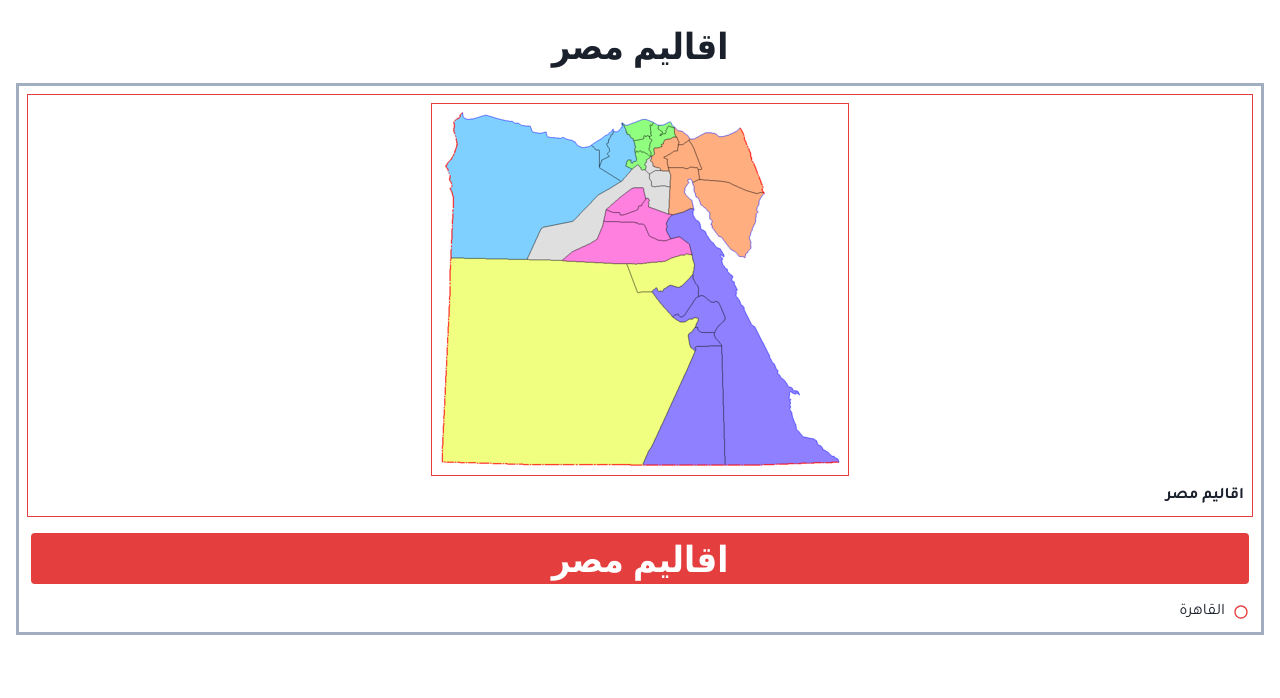
Repository: ahmed-mohamed-eng/egypt-gov-map
Page: /
The author's editor kept a copy of each file at every save. The page is drawn from the files as they stood at one save, then again after the next save.
The browser window is 1280 px wide. The pictures show the whole page.
Some web fonts or font styles are not loaded; a fallback is used. The project was rebuilt for these pictures with package versions that can differ from the ones it lists, and the page was loaded fresh each time. The framework's server and built-in components were replaced by stand-ins that run in the browser. Also part of the build but not shown: next.config.js.

Above is the page before, as saved 2022-05-28 17:02:22.

### pages/_app.tsx
import "../styles/globals.css";

import type { AppProps } from "next/app";

import { ChakraProvider, extendTheme } from "@chakra-ui/react";

const theme = extendTheme({
  fonts: {
    heading: `"Aref Ruqaa" ,'Segoe UI', Tahoma, Geneva, Verdana, sans-serif`,
  }
});

function MyApp({ Component, pageProps }: AppProps) {
  return (
    <ChakraProvider theme={theme}>
      <Component {...pageProps} />
    </ChakraProvider>
  );
}

export default MyApp;

### pages/_document.tsx
import Document, {
  Html,
  Head,
  Main,
  NextScript,
  DocumentContext,
} from "next/document";

class MyDocument extends Document {
  static async getInitialProps(ctx: DocumentContext) {
    const initialProps = await Document.getInitialProps(ctx);
    return { ...initialProps };
  }

  render() {
    return (
      <Html dir="rtl" lang="ar">
        <Head />
        <body>
          <Main />
          <NextScript />
        </body>
      </Html>
    );
  }
}

export default MyDocument;

### pages/index.tsx
import type { NextPage } from "next";

// Custom Components
import Header from "../components/Header";
import PageContainer from "../components/PageContainer";
import MainContentArea from "../components/MainContentArea";

const Home: NextPage = () => {
  return (
    <PageContainer>
      <Header headerTitle="اقاليم مصر" />
      <MainContentArea />
    </PageContainer>
  );
};

export default Home;

### styles/globals.css
@import url("https://fonts.googleapis.com/css2?family=Amiri:ital,wght@0,700;1,400;1,700&family=Aref+Ruqaa:wght@400;700&family=Tajawal:wght@300;400;500;700;800;900&display=swap");

@tailwind base;
@tailwind components;
@tailwind utilities;

html,
body {
  padding: 0;
  margin: 0;
  font-family: -apple-system, BlinkMacSystemFont, Segoe UI, Roboto, Oxygen,
    Ubuntu, Cantarell, Fira Sans, Droid Sans, Helvetica Neue, sans-serif;
}

a {
  color: inherit;
  text-decoration: none;
}

* {
  box-sizing: border-box;
  font-family: "Tajawal", "Aref Ruqaa", "Segoe UI", Tahoma, Geneva, Verdana,
    sans-serif;
}

### components/Header/index.tsx
export { Header as default } from "./Header";

### components/PageContainer/index.tsx
export { PageContainer as default } from "./PageContainer";

### components/MainContentArea/index.tsx
export { MainContentArea as default } from "./MainContentArea";

### components/Header/Header.tsx
import { Flex, Heading } from "@chakra-ui/react";

export interface HeaderProps {
  headerTitle: string;
}

export const Header = (props: HeaderProps) => {
  return (
    <Flex
      as="header"
      justifyContent="center"
      alignItems="center"
      fontSize="1.5rem"
      fontFamily="arabic"
    >
      <Heading as="h1">{props.headerTitle}</Heading>
    </Flex>
  );
};

### components/PageContainer/PageContainer.tsx
import { VStack } from "@chakra-ui/react"

export const PageContainer = (props: any) => {
  return (
    <VStack py="1.5rem" px="1rem" spacing="1rem">
        {props.children}
    </VStack>
  )
}

### components/MainContentArea/MainContentArea.tsx
import { VStack } from "@chakra-ui/react";

// Custom Components.
import MapArea from "./MapArea";
import QuickNavigationArea from "./QuickNavigationArea";

export const MainContentArea = () => {
  return (
    <VStack
      as="main"
      w="full"
      p="0.5rem"
      spacing="1rem"
      borderWidth="medium"
      borderColor="gray.400"
    >
      <MapArea />
      <QuickNavigationArea />
    </VStack>
  );
};

### components/MainContentArea/MapArea/index.tsx
export { MapArea as default } from "./MapArea";

### components/MainContentArea/QuickNavigationArea/index.tsx
export { QuickNavigationArea as default } from "./QuickNavigationArea";

### components/MainContentArea/MapArea/MapArea.tsx
import { VStack } from "@chakra-ui/react";

// Custom Components.
import MapImage from "./MapImage";
import MapInfoDisplayedLinks from "./MapInfoDisplayedLinks";

export const MapArea = () => {
  return (
    <VStack
      borderWidth="thin"
      borderColor="red.500"
      p="0.5rem"
      w="full"
      spacing="0.5rem"
    >
      <MapImage />
      <MapInfoDisplayedLinks
        breadcrumbItems={[
          {
            text: "اقاليم مصر",
            url: "#",
          },
        ]}
      />
    </VStack>
  );
};

### components/MainContentArea/QuickNavigationArea/QuickNavigationArea.tsx
import { VStack, Heading } from "@chakra-ui/react";
import CitiesList from "./CitiesList";

export const QuickNavigationArea = () => {
  return (
    <VStack w="full" spacing="1rem" px="0.25rem">
      <Heading
        w="full"
        h="fit-content"
        borderRadius="0.25rem"
        color="white"
        bg="red.500"
        p="0.25rem"
        textAlign="center"
      >
        اقاليم مصر
      </Heading>
      <CitiesList
        list={[
          {
            headerTitle: "القاهرة",
            childItems: [
              {
                name: "القاهرة",
                url: "https://www.google.com/",
              },
            ],
          },
        ]}
      />
    </VStack>
  );
};

### components/MainContentArea/MapArea/MapImage/index.tsx
export { MapImage as default } from "./MapImage";

### components/MainContentArea/MapArea/MapInfoDisplayedLinks/index.tsx
export { MapInfoDisplayedLinks as default } from "./MapInfoDisplayedLinks";

### components/MainContentArea/QuickNavigationArea/CitiesList/index.tsx
export { CitiesList as default } from "./CitiesList";

### components/MainContentArea/MapArea/MapImage/MapImage.tsx
import React from "react";

import { Flex, Image } from "@chakra-ui/react";

// Images Sources.
import mapImage from "../../../../images/Egypt_Provinces.webp";

export const MapImage = () => {
  return (
    <Flex borderWidth="thin" borderColor="red.500" p="0.5rem">
      <Image mixBlendMode="multiply" src={mapImage.src} alt="Egypt Province Map" />
    </Flex>
  );
};

### components/MainContentArea/MapArea/MapInfoDisplayedLinks/MapInfoDisplayedLinks.tsx
import { v4 as uuidV4 } from "uuid";

import { Breadcrumb, BreadcrumbItem, BreadcrumbLink } from "@chakra-ui/react";

export type BreadcrumbElement = {
  url: string;
  text: string;
};

export interface MapInfoDisplayedLinksProps {
  breadcrumbItems: Array<BreadcrumbElement>;
}

export const MapInfoDisplayedLinks = (props: MapInfoDisplayedLinksProps) => {
  const breadcrumbItems = props.breadcrumbItems.map((item) => {
    return (
      <BreadcrumbItem key={uuidV4()}>
        <BreadcrumbLink fontWeight="600" href={item.url}>
          {item.text}
        </BreadcrumbLink>
      </BreadcrumbItem>
    );
  });

  return <Breadcrumb w="full">{breadcrumbItems}</Breadcrumb>;
};

### components/MainContentArea/QuickNavigationArea/CitiesList/CitiesList.tsx
import { v4 as uuidV4 } from "uuid";

import { List, ListItem, ListIcon } from "@chakra-ui/react";

import { BiCircle } from "react-icons/bi";

export type childItem = {
  name: string;
  url: string;
};

export type parentItem = {
  headerTitle: string;
  childItems: Array<childItem>;
};

export interface CitiesListProps {
  list: Array<parentItem>;
}

export const CitiesList = (props: CitiesListProps) => {
  const items = props.list.map((item) => {
    return (
      <List key={uuidV4()}>
        <ListItem>
          <ListIcon as={BiCircle} color="red.500" />
          {item.headerTitle}
          {/* {item.childItems.map((childItem) => {
            return (
              <List key={uuidV4()}>
                <ListIcon as={BiCircle} />
                <ListItem as="a" href={childItem.url}>
                  {childItem.name}
                </ListItem>
              </List>
            );
          })} */}
        </ListItem>
      </List>
    );
  });
  return <List w="full">{items}</List>;
};

Loaded but not shown: tailwind.config.js (common file)

After the next save:
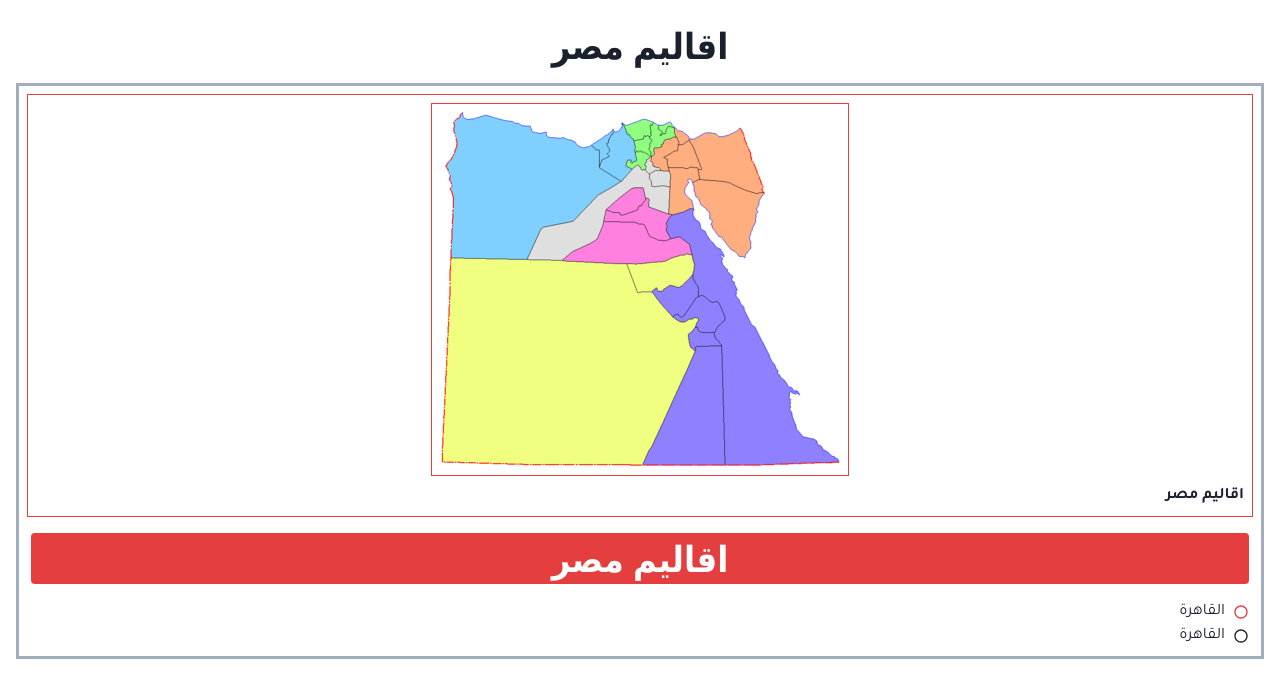
Saved 34 s later.
--- a/components/MainContentArea/QuickNavigationArea/CitiesList/CitiesList.tsx
+++ b/components/MainContentArea/QuickNavigationArea/CitiesList/CitiesList.tsx
@@ -25,16 +25,16 @@
         <ListItem>
           <ListIcon as={BiCircle} color="red.500" />
           {item.headerTitle}
-          {/* {item.childItems.map((childItem) => {
+          {item.childItems.map((childItem) => {
             return (
               <List key={uuidV4()}>
-                <ListIcon as={BiCircle} />
                 <ListItem as="a" href={childItem.url}>
+                  <ListIcon as={BiCircle} />
                   {childItem.name}
                 </ListItem>
               </List>
             );
-          })} */}
+          })}
         </ListItem>
       </List>
     );

After the save that followed:
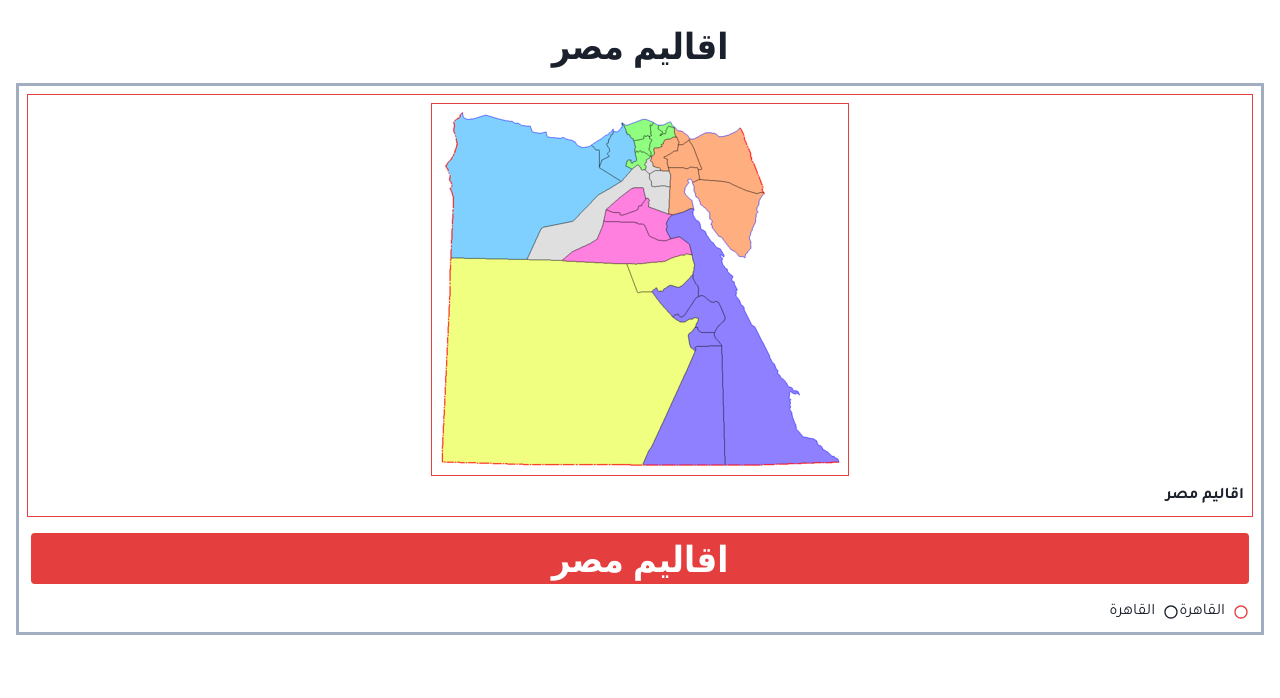
Saved 11 s later.
--- a/components/MainContentArea/QuickNavigationArea/CitiesList/CitiesList.tsx
+++ b/components/MainContentArea/QuickNavigationArea/CitiesList/CitiesList.tsx
@@ -27,12 +27,12 @@
           {item.headerTitle}
           {item.childItems.map((childItem) => {
             return (
-              <List key={uuidV4()}>
+              // <List key={uuidV4()}>
                 <ListItem as="a" href={childItem.url}>
                   <ListIcon as={BiCircle} />
                   {childItem.name}
                 </ListItem>
-              </List>
+              // </List>
             );
           })}
         </ListItem>
